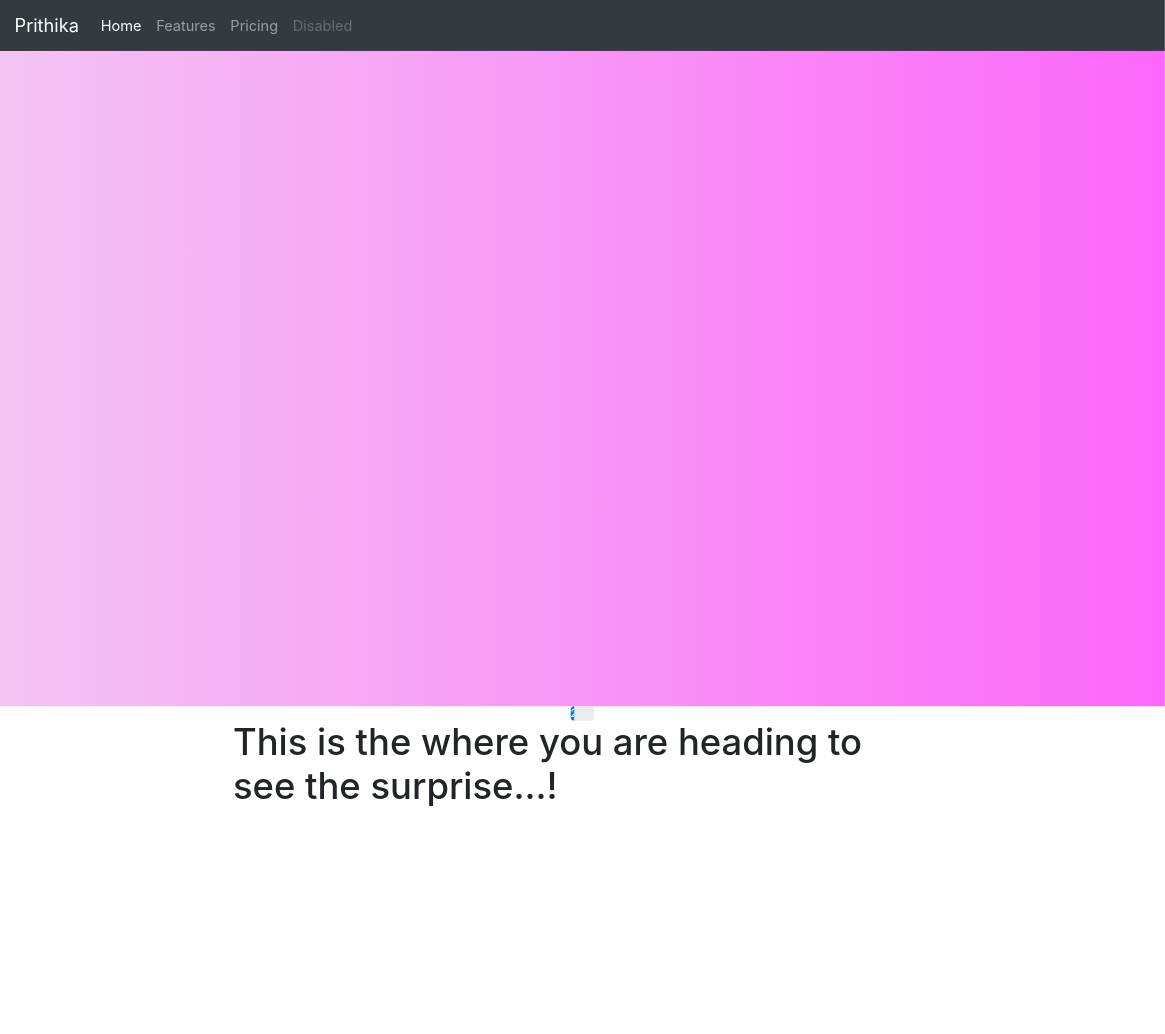
Repository: Imprasna/pritk
Page: index.html
An editor plug-in stored every save of this project. The page is shown before and after the next save, followed by the edit.
The browser window is 1280 px wide. The pictures show the whole page, at 91% of full size.

Above is the page before, as saved 2021-12-15 14:20:03.

After the next save:
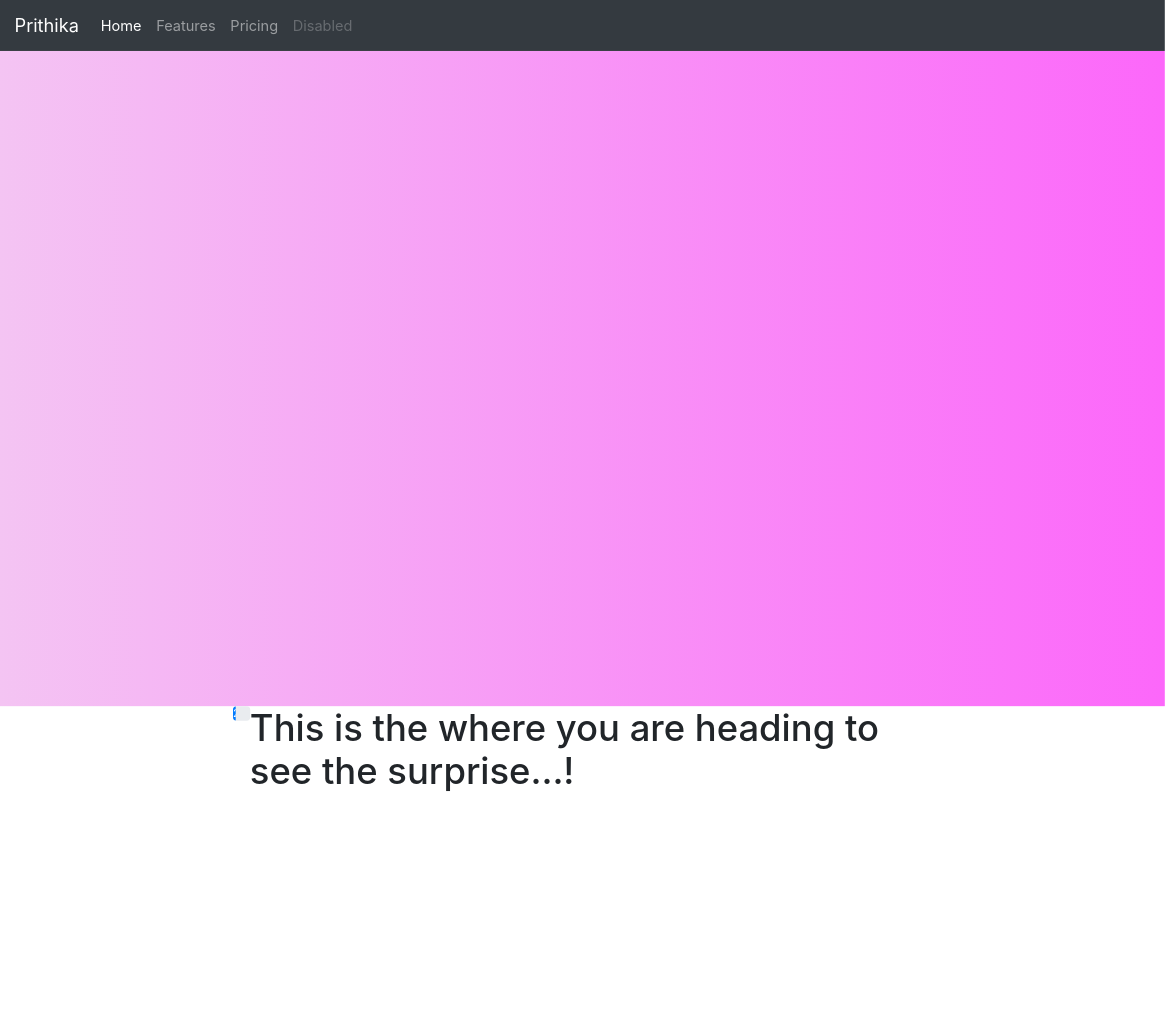
Saved 9 s later.
--- a/style.css
+++ b/style.css
@@ -21,6 +21,5 @@ html, body {
     width: 60%;
     margin: 0 auto;
     height: 50vh;
-    /* display: grid; */
-    place-items: center;
+    display: flex;
 }
